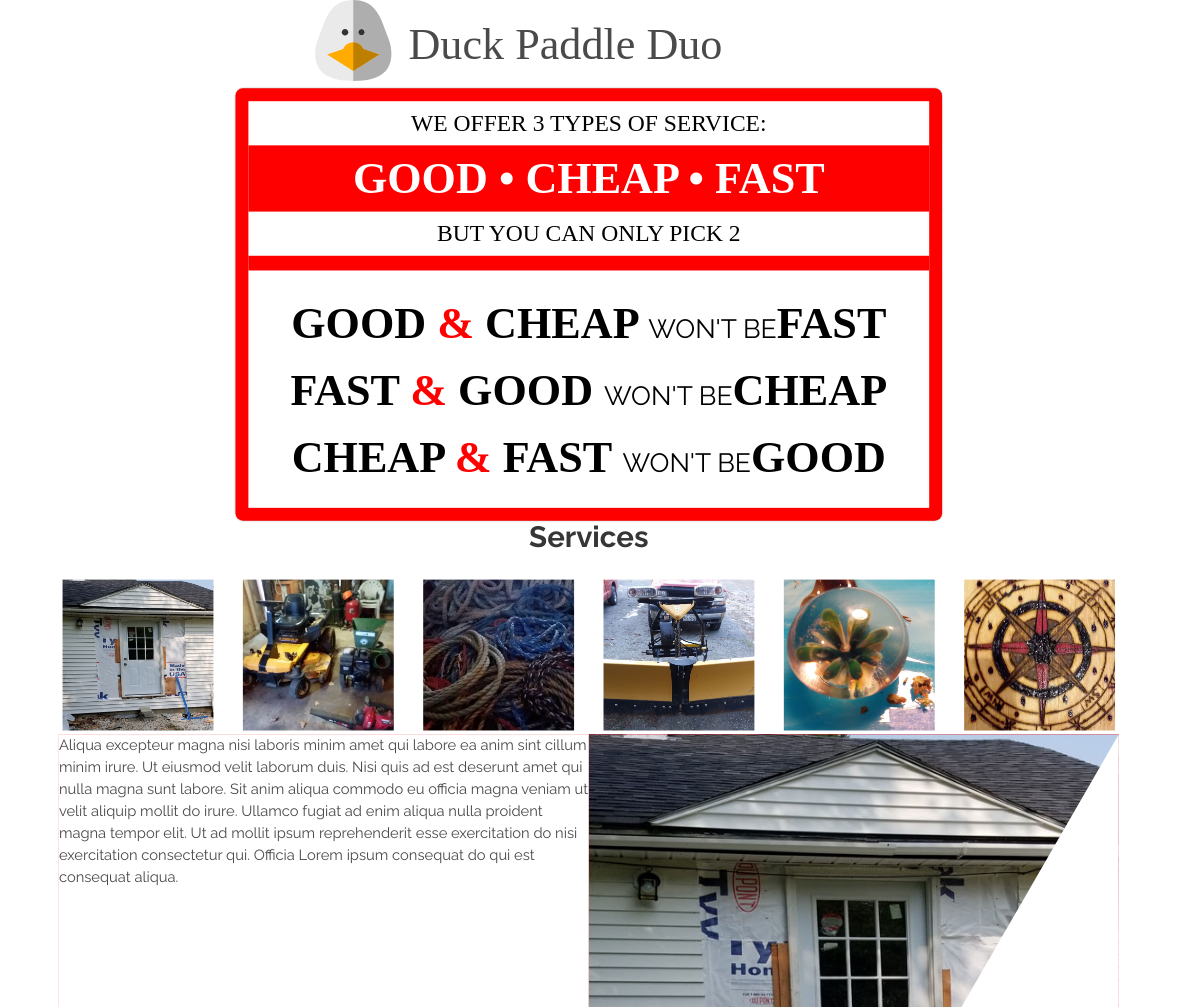
Repository: toddmcbrearty/duckpaddleduo
Page: /
The author's editor kept a copy of each file at every save. The page is drawn from the files as they stood at one save, then again after the next save.
The browser window is 1280 px wide. The pictures show the whole page, at 92% of full size.
Some web fonts or font styles are not loaded; a fallback is used. The project was rebuilt for these pictures with package versions that can differ from the ones it lists, and the page was loaded fresh each time.

Above is the page before, as saved 2018-12-11 15:00:30.

After the next save:
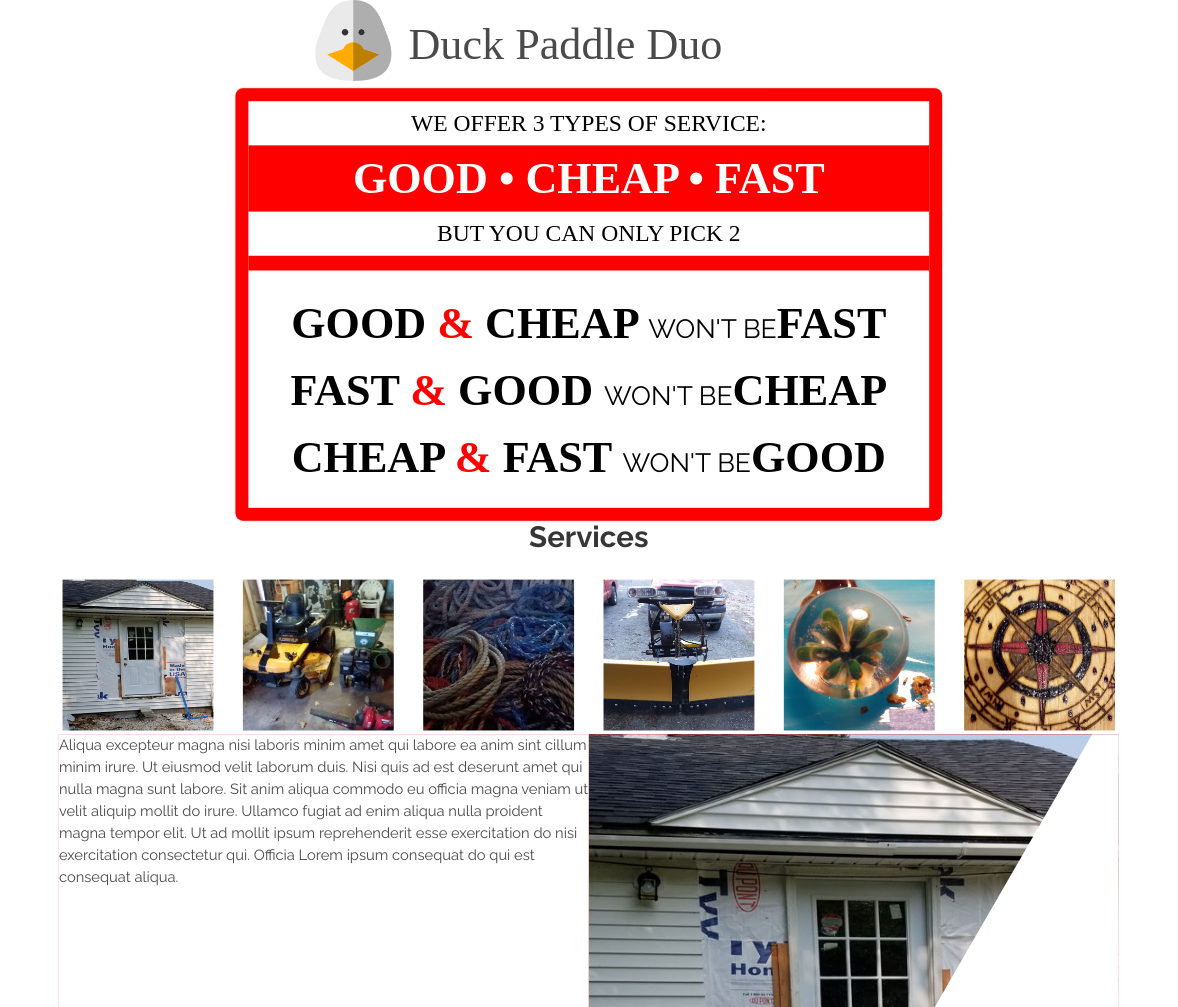
Saved 5 s later.
--- a/src/components/HeroSection.vue
+++ b/src/components/HeroSection.vue
@@ -66,7 +66,7 @@
       width: 100%;
       height: 100%;
       top: 0;
-      left: 70%;
+      left: 65%;
       z-index: 1;
       background: white;
       transform-origin: bottom left;

After the save that followed:
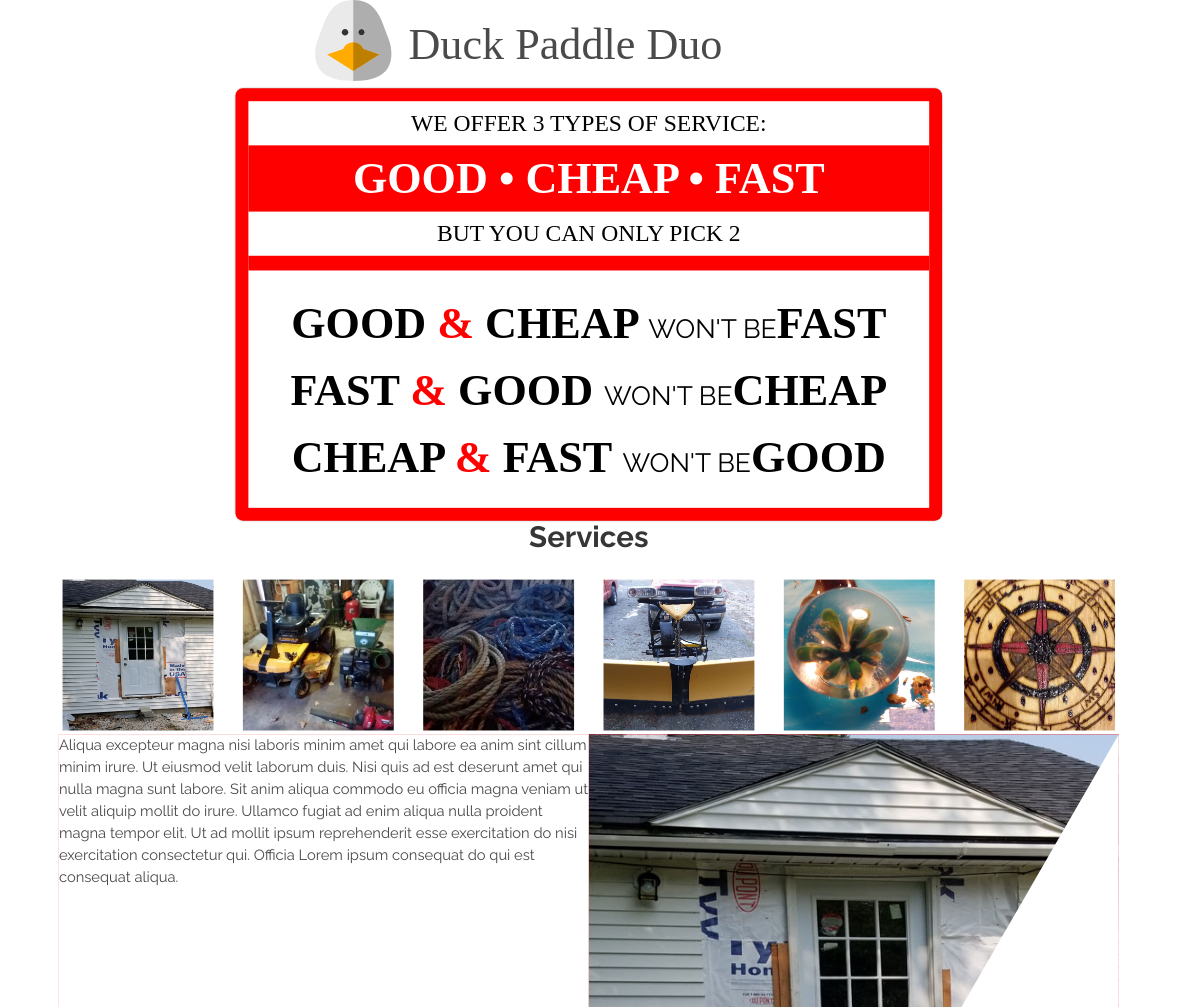
Saved 6 s later.
--- a/src/components/HeroSection.vue
+++ b/src/components/HeroSection.vue
@@ -66,7 +66,7 @@
       width: 100%;
       height: 100%;
       top: 0;
-      left: 65%;
+      left: 70%;
       z-index: 1;
       background: white;
       transform-origin: bottom left;
